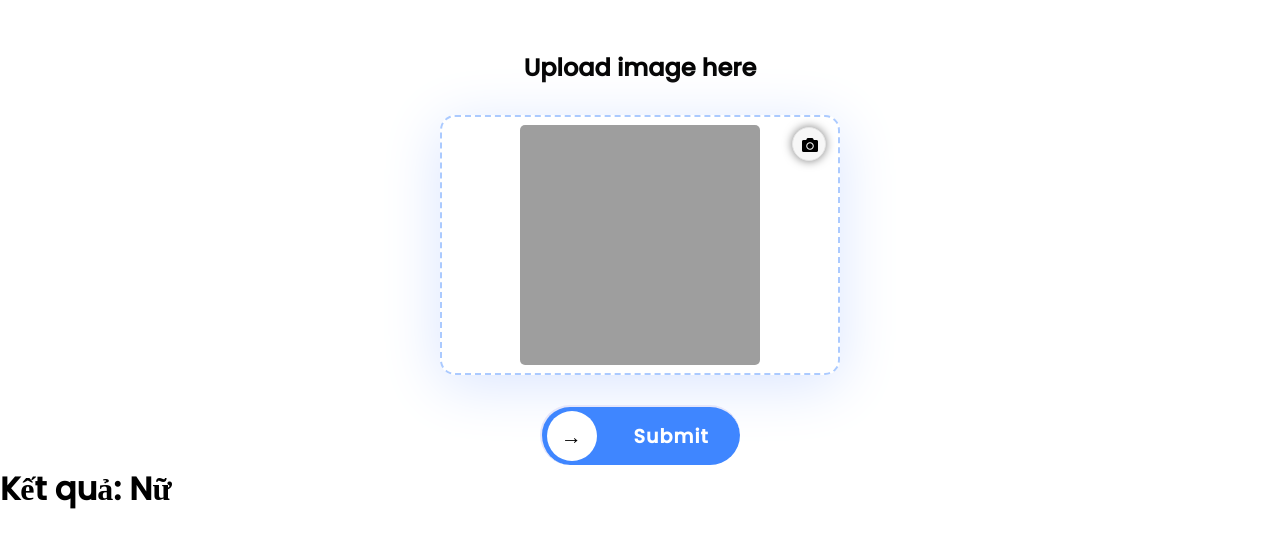
Repository: ThuongDuy/Phan_loai_anh
Page: hcsdlpt/index.html
These files come from the project's save history. The page is drawn as it stood at one moment and after the next save; the edit follows.
The browser window is 1280 px wide. The pictures show the whole page.
Pictures or frames that could not be fetched are drawn as grey boxes. Some web libraries are served in a nearby version.

Above is the page before, as saved 2023-06-02 12:03:48.

### hcsdlpt/index.html
<!DOCTYPE html>
<html lang="en">

<head>
    <meta charset="UTF-8">
    <meta http-equiv="X-UA-Compatible" content="IE=edge">
    <meta name="viewport" content="width=device-width, initial-scale=1.0">
    <title>Document</title>
    <link rel="stylesheet" href="https://fonts.googleapis.com/css2?family=Poppins:wght@300;400;500&amp;display=swap">
    <link rel="stylesheet" href="https://unpkg.com/boxicons@2.0.7/css/boxicons.min.css">
    <link rel="stylesheet" href="./main.css">
</head>

<body>

    <h2 class="upload-title">Upload image here</h2>
    <div class="avatar-upload">
        <div class="avatar-edit">
            <input type="file" id="imageUpload" accept=".png, .jpg, .jpeg" class="txt-file">
            <label for="imageUpload" class="label-upload">
                <i id="camera" class="fas fa-camera"></i>
            </label>
        </div>

        <div class="avatar-preview">
            <div id="imagePreview" style="background-image: url('upload.png');"></div>
        </div>
    </div>

    <button class="btn" id="btnSubmit">Submit<span>&#8594;</span></button>

    <div class="spinner-wrapper">
        <div id="spin"></div>
        <div id="spinner-template" style="display:none;">
            <div class="spinner-container">
                <svg version="1.1" xmlns="http://www.w3.org/2000/svg" xmlns:xlink="http://www.w3.org/1999/xlink"
                    xml:space="preserve" x="0px" y="0px" viewBox="0, 0, 100, 100">
                    <g>
                        <g class="spinner">
                            <circle class="path" fill="none" stroke="#7DB0D5" stroke-width="7" stroke-miterlimit="10"
                                stroke-linecap="round" cx="50" cy="50" r="44" />
                        </g>
                        <polyline class="check" fill="none" stroke="#7DB0D5" stroke-width="8" stroke-linecap="round"
                            stroke-miterlimit="10" stroke-linejoin="round" points="70,35 45,65 30,52" />
                        <path class="cross" fill="none" stroke="#7DB0D5" stroke-width="16" stroke-linecap="round"
                            stroke-miterlimit="10" d="M70,30 l-40,40 M70,70 l-40,-40" />
                    </g>
                </svg>
            </div>
        </div>
    </div>

    <div class="text-result" id="textResult">
        <h1>Kết quả: Nữ</h1>
    </div>

    <link rel="stylesheet" href="https://cdnjs.cloudflare.com/ajax/libs/font-awesome/5.15.2/css/all.min.css"
        integrity="sha512-HK5fgLBL+xu6dm/Ii3z4xhlSUyZgTT9tuc/hSrtw6uzJOvgRr2a9jyxxT1ely+B+xFAmJKVSTbpM/CuL7qxO8w=="
        crossorigin="anonymous" />


    <script src="https://cdnjs.cloudflare.com/ajax/libs/jquery/3.7.0/jquery.min.js"
        integrity="sha512-3gJwYpMe3QewGELv8k/BX9vcqhryRdzRMxVfq6ngyWXwo03GFEzjsUm8Q7RZcHPHksttq7/GFoxjCVUjkjvPdw=="
        crossorigin="anonymous" referrerpolicy="no-referrer"></script>
    <script src='//cdnjs.cloudflare.com/ajax/libs/ICanHaz.js/0.10.3/ICanHaz.min.js'></script>
    <script src='//cdnjs.cloudflare.com/ajax/libs/jqueryui/1.11.2/jquery-ui.min.js'></script>
    <script src="./scripts.js"></script>
</body>

</html>

### hcsdlpt/main.css
.avatar-upload {
    /* position: relative;
    max-width: 400px;
    margin: 50px auto; */
    position: relative;
    max-width: 400px;
    border-radius: 15px;
    border: 2px dashed rgb(171, 202, 255);
    margin: 30px auto;
    box-shadow: 0 10px 60px rgb(218, 229, 255);
}

.avatar-edit {
    position: absolute;
    right: 12px;
    top: 10px;
    z-index: 1;
}

#camera {
    position: absolute;
    top: 10px;
    left: 10px;
}

.txt-file {
    display: none;
}

.label-upload {
    display: inline-block;
    width: 34px;
    height: 34px;
    background: #f7f7f7;
    margin-bottom: 0;
    border-radius: 100%;
    border: 1px solid #e5e5e5;
    box-shadow: 0 0 10px rgba(0, 0, 0, 0.5);
    cursor: pointer;
    transition: .3s ease;
}

.label-upload:hover {
    background: #e5e5e5;
}

.avatar-preview {
    width: 256px;
    height: 256px;
    position: relative;
    border-radius: 5px;
    padding: 8px;
    margin: 0 auto;
    /* border: 1px solid #e5e5e5; */
}

.avatar-preview>div {
    width: 100%;
    height: 100%;
    border-radius: 5px;
    background-size: cover;
    background-repeat: no-repeat;
    background-position: center;
}

* {
    margin: 0;
    padding: 0;
    box-sizing: border-box;
    font-family: Poppins;
}

button {
    border: none;
    outline: none;
}

.upload-title {
    text-align: center;
    margin-top: 50px;
}

.btn {
    position: relative;
    width: 200px;
    height: 60px;
    display: grid;
    place-items: center;
    background: rgb(63, 134, 255);
    color: #fff;
    border-radius: 80px;
    font-size: 1.2rem;
    font-weight: 700;
    letter-spacing: 1px;
    text-decoration: none;
    border-top: 2px solid #e6e6fa;
    border-left: 2px solid #e6e6fa;
    padding-left: 60px;
    overflow: hidden;
    transition: 0.5s ease-in-out;
    margin: auto;
    cursor: pointer;
}

.btn:hover {
    padding-left: 0;
    padding-right: 60px;
    color: #fff;
}

.btn span {
    position: absolute;
    display: grid;
    place-items: center;
    left: 5px;
    width: 50px;
    height: 50px;
    background: #fff;
    color: #000;
    border-radius: 50%;
    font-size: 1.3rem;
    font-weight: 700;
    transition: 0.5s cubic-bezier(0.4, 0, 1, 1);
}

.btn:hover span {
    left: calc(100% - 55px);
}

.btn::after {
    position: absolute;
    content: "";
    width: 80px;
    height: 100%;
    z-index: 1;
    background: rgba(255, 255, 255, 0.5);
    transform: translateX(-175px) skew(25deg);
    transition: 0.75s ease-in-out;
}

.btn:hover::after {
    transform: translateX(175px) skew(25deg);
}

/* spinner */

.spinner-container {
    margin: 0 auto;
}

.path {
    stroke-dasharray: 275;
    stroke-dashoffset: 0;
    -webkit-animation: load 1.75s ease-in-out infinite;
    -moz-animation: load 1.75s ease-in-out infinite;
    -o-animation: load 1.75s ease-in-out infinite;
    animation: load 1.75s ease-in-out infinite;
    -webkit-transform-origin: 50% 50%;
    -ms-transform-origin: 50% 50%;
    -o-transform-origin: 50% 50%;
    transform-origin: 50% 50%;
    -moz-transform-origin: 50px 50px;
}

.spinner {
    -webkit-animation: spin 1.75s linear infinite;
    -moz-animation: spin 1.75s linear infinite;
    -o-animation: spin 1.75s linear infinite;
    animation: spin 1.75s linear infinite;
    -webkit-transform-origin: 50% 50%;
    -ms-transform-origin: 50% 50%;
    -o-transform-origin: 50% 50%;
    transform-origin: 50% 50%;
    -moz-transform-origin: 50px 50px;
}


.path-complete {
    stroke-dasharray: 800;
    stroke-dashoffset: 0;
    -moz-transition: all 2.75s ease-out;
    -o-transition: all 2.75s ease-out;
    -webkit-transition: all 2.75s ease-out;
    transition: all 2.75s ease-out;
}

.check,
.cross {
    stroke-dasharray: 110;
    stroke-dashoffset: 110;
    stroke-width: 0;
}

.check-complete,
.cross-complete {
    -webkit-animation: check 1s ease-in forwards;
    -moz-animation: check 1s ease-in forwards;
    -o-animation: check 1s ease-in forwards;
    animation: check 1s ease-in forwards;
    stroke-width: 15;
    stroke-dashoffset: 0;
}

/*#region keyframes load*/
@-webkit-keyframes load {
    0% {
        stroke-dashoffset: 273;
    }

    50% {
        stroke-dashoffset: 68.25;
        -webkit-transform: rotate(135deg);
        transform: rotate(135deg);
    }

    100% {
        stroke-dashoffset: 273;
        -webkit-transform: rotate(450deg);
        transform: rotate(450deg);
    }
}

@-moz-keyframes load {
    0% {
        stroke-dashoffset: 273;
    }

    50% {
        stroke-dashoffset: 68.25;
        -moz-transform: rotate(135deg);
        transform: rotate(135deg);
    }

    100% {
        stroke-dashoffset: 273;
        -moz-transform: rotate(450deg);
        transform: rotate(450deg);
    }
}

@keyframes load {
    0% {
        stroke-dashoffset: 273;
    }

    50% {
        stroke-dashoffset: 68.25;
        -moz-transform: rotate(135deg);
        -ms-transform: rotate(135deg);
        -o-transform: rotate(135deg);
        -webkit-transform: rotate(135deg);
        transform: rotate(135deg);
    }

    100% {
        stroke-dashoffset: 273;
        -moz-transform: rotate(450deg);
        -ms-transform: rotate(450deg);
        -o-transform: rotate(450deg);
        -webkit-transform: rotate(450deg);
        transform: rotate(450deg);
    }
}

/*#endregion*/

/*#region keyframes check*/
@-webkit-keyframes check {
    0% {
        stroke-dashoffset: -110;
    }

    100% {
        stroke-dashoffset: 0;
    }
}

@-moz-keyframes check {
    0% {
        stroke-dashoffset: -110;
    }

    100% {
        stroke-dashoffset: 0;
    }
}

@keyframes check {
    0% {
        stroke-dashoffset: -110;
    }

    100% {
        stroke-dashoffset: 0;
    }
}

/*#endregion*/

/*#region keyframes spin */

@-webkit-keyframes spin {
    0% {
        -webkit-transform: rotate(0deg);
    }

    100% {
        -webkit-transform: rotate(270deg);
    }
}

@-moz-keyframes spin {
    0% {
        -moz-transform: rotate(0deg);
    }

    100% {
        -moz-transform: rotate(270deg);
    }
}

@keyframes spin {
    0% {
        -moz-transform: rotate(0deg);
        -ms-transform: rotate(0deg);
        -o-transform: rotate(0deg);
        -webkit-transform: rotate(0deg);
        transform: rotate(0deg);
    }

    100% {
        -moz-transform: rotate(270deg);
        -ms-transform: rotate(270deg);
        -o-transform: rotate(270deg);
        -webkit-transform: rotate(270deg);
        transform: rotate(270deg);
    }
}

/*#endregion */

.success,
.danger {
    stroke: #009900;
    -moz-transition: stroke .6s;
    -o-transition: stroke .6s;
    -webkit-transition: stroke .6s;
    transition: stroke .6s;
}

.danger {
    stroke: #B00;
}

.modal-loading-overlay {
    padding: 12px;
    background-color: rgba(255, 255, 255, .9);
    position: absolute;
    width: 100%;
    height: 100%;
    display: none;
    top: 0;
    left: 0;
    z-index: 10;
}

### hcsdlpt/scripts.js
function readURL(input) {
    if (input.files && input.files[0]) {
        var reader = new FileReader();
        reader.onload = function (e) {
            $('#imagePreview').css('background-image', 'url(' + e.target.result + ')');
            $('#imagePreview').hide();
            $('#imagePreview').fadeIn(650);
        }
        reader.readAsDataURL(input.files[0]);
    }
}
(function ($) {
    $.widget("eee.loadingSpinner", {

        options: {
            size: 100
        },

        _create: function () {
            el = this.element;
            var size = this.options.size;

            $.loader = function (element) {
                var dfd = $.Deferred();
                var spinner = $("#spinner-template").html();
                dfd.resolve(spinner, element);
                return dfd;
            }

            $.loader(el).done(function (spinner, element) {
                element.html(spinner);
                element.find(".spinner-container").css("width", size + "px");
                element.find(".spinner-container").css("height", size + "px");
            });
        },

        success: function () {
            el = this.element;
            el.find(".check").attr("class", "check check-complete success");
            el.find(".path").attr("class", "path path-complete success");
        },

        failure: function () {
            el = this.element;
            el.find(".cross").attr("class", "cross cross-complete danger");
            el.find(".path").attr("class", "path path-complete danger");
        },

        reset: function () {
            el.find(".path").attr("class", "path");
            el.find(".spinner").attr("class", "spinner");
            el.find(".check").attr("class", "check");
            el.find(".cross").attr("class", "cross");
        },

        _setOption: function (key, value) {
            if (key === "size") {
                value = this._constrain(value);
            }
            this._super(key, value);
        },
        _setOptions: function (options) {
            this._super(options);
        },

        _constrain: function (size) {
            if (size > 400) {
                size = 100;
            }
            if (size < 0) {
                size = 0;
            }
            return size;
        }
    });
}(jQuery));

$(document).ready(function () {
    $("#imageUpload").change(function () {
        readURL(this);
    });
    $('#btnSubmit').on('click', function () {
        $('#btnSubmit').hide();
        var $spinner = $("div#spin").loadingSpinner({ size: 120 });
        setTimeout(function () {
            // You can set this to "failure" to see a red X instead of the checkmark
            $spinner.loadingSpinner("success");
        }, 2700)
    });

});

After the next save:
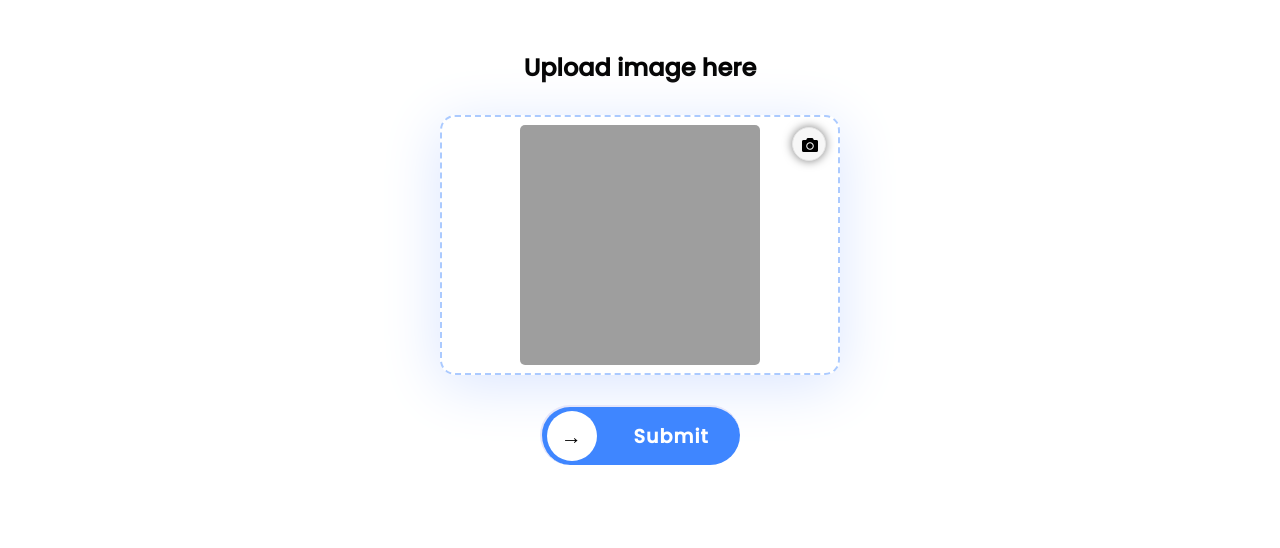
Saved 24 s later.
--- a/hcsdlpt/scripts.js
+++ b/hcsdlpt/scripts.js
@@ -76,6 +76,7 @@ function readURL(input) {
 }(jQuery));
 
 $(document).ready(function () {
+    $('#textResult').hide();
     $("#imageUpload").change(function () {
         readURL(this);
     });
@@ -86,6 +87,7 @@ $(document).ready(function () {
             // You can set this to "failure" to see a red X instead of the checkmark
             $spinner.loadingSpinner("success");
         }, 2700)
+        $('#textResult').show();
     });
 
 });
